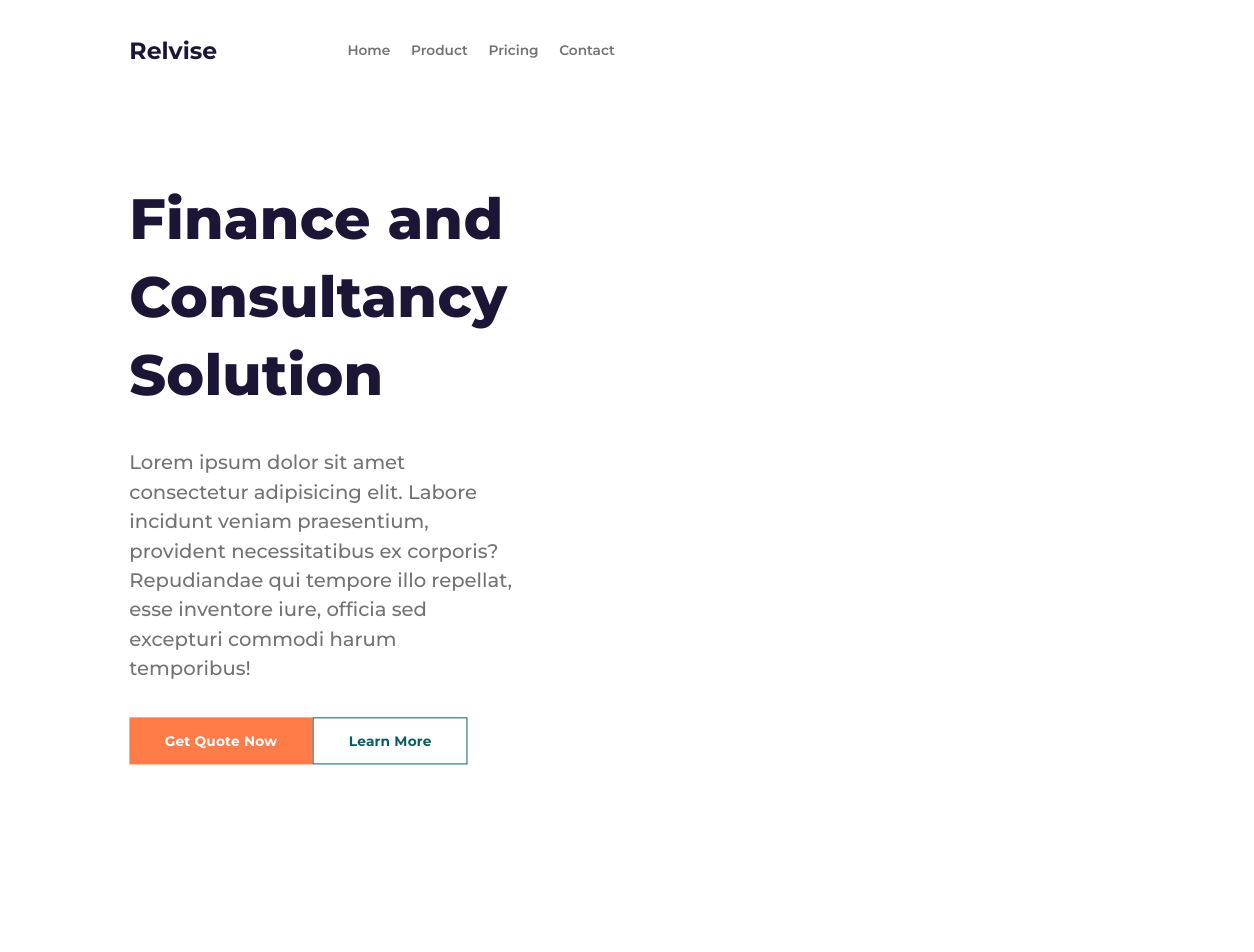
Repository: usalokiN/simple-project
Page: index.html
An editor plug-in stored every save of this project. The page is shown before and after the next save, followed by the edit.
The browser window is 1280 px wide. The pictures show the whole page, at 98% of full size.

Above is the page before, as saved 2022-01-16 17:19:50.

### index.html
<!DOCTYPE html>
<html lang="en">

<head>
    <meta charset="UTF-8">
    <meta http-equiv="X-UA-Compatible" content="IE=edge">
    <meta name="viewport" content="width=device-width, initial-scale=1.0">
    <link rel="stylesheet" href="https://fonts.googleapis.com/css?family=Montserrat:regular,500,600,700,800&display=swap">
    <link rel="stylesheet" href="css/style.css">
    <meta author="NikoDyachenko">
    <title>Simple project</title>


</head>

<body>
    <div class="wrapper">
        <header class="header">
            <div class="header__container _container">
                <a href="" class="header__logo">
                    Relvise
                </a>
                <nav class="header__menu menu">
                    <ul class="menu__list">
                        <li class="menu__item">
                            <a href="" class="menu__link">Home</a>
                        </li>
                        <li class="menu__item">
                            <a href="" class="menu__link">Product</a>
                        </li>
                        <li class="menu__item">
                            <a href="" class="menu__link">Pricing</a>
                        </li>
                        <li class="menu__item">
                            <a href="" class="menu__link">Contact</a>
                        </li>
                    </ul>
                </nav>
            </div>
    </div>
    </header>
    <main class="page">
        <div class="page__main-block main-block">
            <div class="main-block_containter _container">
                <div class="main-block__body">
                    <h1 class="main-block__title">Finance and Consultancy Solution</h1>
                    <div class="main-block__text">Lorem ipsum dolor sit amet consectetur adipisicing elit. Labore incidunt veniam praesentium, provident necessitatibus ex corporis? Repudiandae qui tempore illo repellat, esse inventore iure, officia sed excepturi commodi harum temporibus!

                    </div>
                    <div class="main-block__buttons">
                        <a href="" class="main-block__button main-block__button_orange">Get Quote Now</a>
                        <a href="" class="main-block__button main-block__button_border">Learn More</a>

                    </div>
                </div>
            </div>
        </div>
        <div class="main-block__image">
            <!-- <img src="" alt="cover"> -->
        </div>
    </main>
    <footer class="footer "></footer>
    </div>
</body>

</html>

### css/style.css
        *,
         ::before,
         ::after {
            padding: 0;
            margin: 0;
            bottom: 0;
            box-sizing: border-box;
        }

        a {
            text-decoration: none;
        }

        ul,
        ol,
        li {
            list-style: none;
        }

        img {
            vertical-align: top;
        }

        h1,
        h2,
        h3,
        h4,
        h5,
        h6 {
            font-weight: inherit;
            font-style: inherit;
        }

        html,
        body {
            height: 100%;
            line-height: 1;
            font-size: 14px;
            font-weight: 500;
            color: rgb(28, 21, 54);
            font-family: Montserrat;
        }

        .wrapper {
            /* max-height: 100%; */
            overflow: hidden;
        }
        /* ================================================================================== */

        ._container {
            max-width: 1046px;
            margin: 0px auto;
            padding: 0 15px;
        }

        ._ibg {
            position: relative;
        }

        .ibg img {
            position: absolute;
            width: 100%;
            height: 100%;
            top: 0;
            left: 0;
            object-fit: cover;
        }
        /* ----------------------------------------HEADER------------------------------------------------------- */

        .header {
            position: absolute;
            width: 100%;
            left: 0;
            top: 0;
            z-index: 50;
        }

        .header__container {
            display: flex;
            min-height: 104px;
            align-items: center;
        }

        @media (max-width: 479px) {
            .header__container {
                min-height: 85px;
            }
        }

        ._container {}

        .header__logo {
            font-size: 24px;
            font-weight: 700;
            color: inherit;
        }

        .header__menu {
            margin: 0 0 0 133px;
        }

        @media (max-width: 992px) {
            .header__menu {
                margin: 0 0 0 80px;
            }
        }

        @media (max-width: 762px) {
            .header__menu {
                margin: 0 0 0 40px;
            }
        }

        @media (max-width: 479px) {
            .header__menu {
                margin: 0 0 0 20px;
            }
        }

        .menu {
            padding: 5px 0;
        }

        .menu__list {
            display: flex;
            flex-wrap: wrap;
        }

        .menu__item {}

        .menu__item:not(:last-child) {
            margin: 0 21px 0 0px;
            /* Отступы у каждого кроме последнего элемента */
        }

        .menu__link {
            color: #737373;
            font-weight: 600;
            line-height: calc(24/14 * 100%);
            /*171% - процет отступа. Формула расчета при 14px шрифта*/
        }

        @media (max-width: 479) {
            .menu__link {
                font-size: 18px;
            }
        }
        /* MAIN */

        .page {
            flex: 1 1 auto;
        }
        /* FOOTER */

        .footer {}
        /* MAIN-BLOCK */

        .page__main-block {}

        .main-block {
            position: relative;
            ;
        }

        .main-block_containter {}

        ._container {}

        .main-block__body {
            padding: 184px 0px 191px 0px;
            position: relative;
            z-index: 2;
            max-width: 400px;
        }

        .main-block__body>*:not(:last-child) {
            margin: 0 0 35px 0;
        }

        .main-block__title {
            font-size: 58px;
            line-height: 137%;
            font-weight: 800;
            letter-spacing: 0.2px;
        }

        @media (max-width:497px) {
            .main-block__title {
                font-size: 42px;
            }
        }

        .main-block__text {
            color: #737373;
            font-size: 20px;
            line-height: 1.5;
        }

        .main-block__buttons {
            display: inline-flex;
        }

        .main-block__button {
            background-repeat: 37px;
            display: flex;
            min-height: 48px;
            justify-content: center;
            align-items: center;
            letter-spacing: 0.2px;
            font-weight: 700;
            line-height: 200%;
            padding: 5px 36px;
            text-align: center;
        }

        @media(m) @media (max-width:479px) {
            .main-block__button:not(:last-child) {
                margin-right: 10px;
            }
        }

        .main-block__button_orange {
            background: #ff7b47;
            color: #fff;
        }

        .main-block__button_border {
            color: #0d5c63;
            border: 1px solid #0d5c63;
        }

        .main-block__image {
            position: absolute;
            width: 100%;
            height: 100%;
            top: 0;
            left: 0;
        }

        @media (max-width:1300px) {
            .main-block__image img {
                object-fit: right;
            }
        }

        @media (max-width:992px) {
            .main-block__image {
                opacity: 0.5;
            }
        }

After the next save:
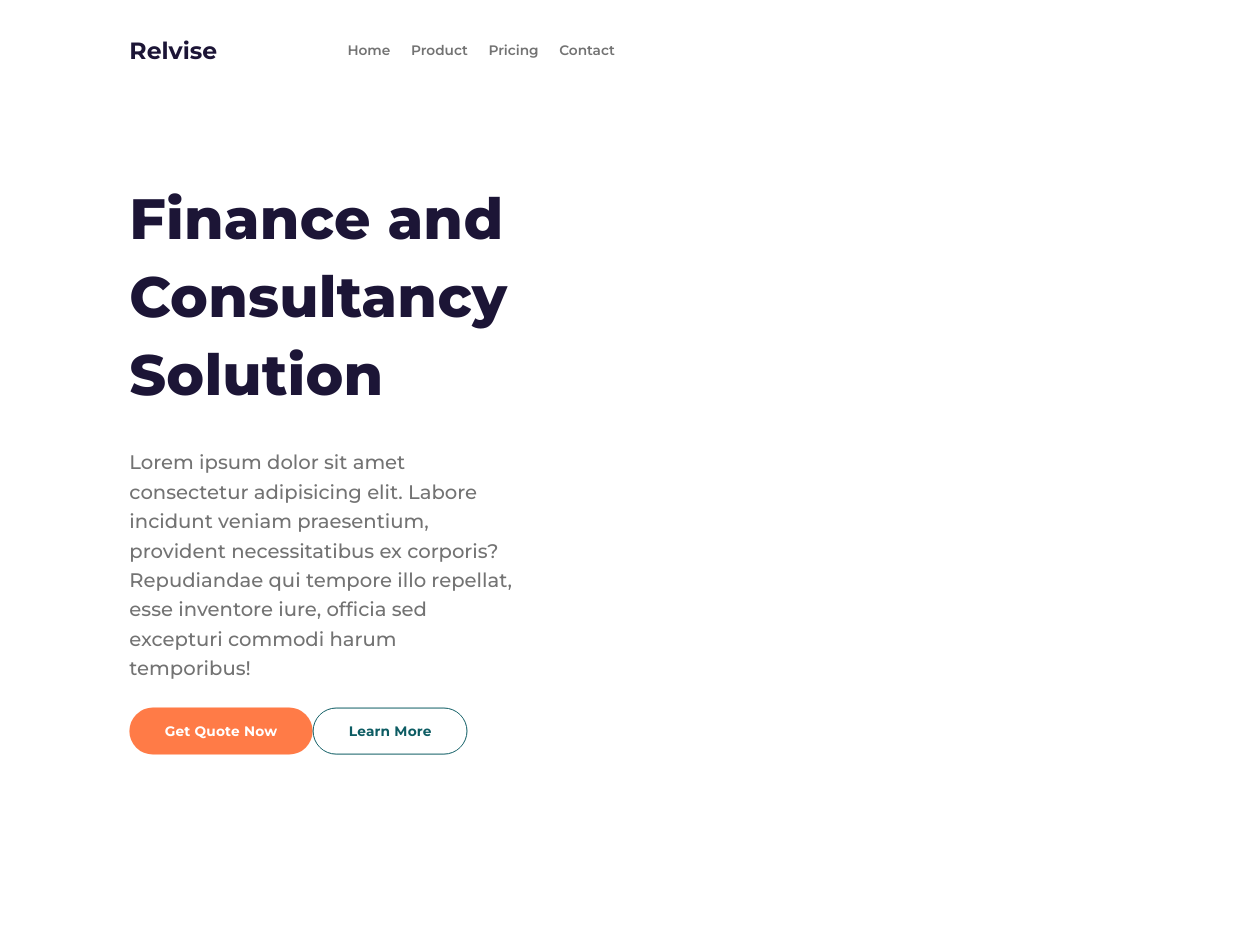
Saved 59 s later.
--- a/css/style.css
+++ b/css/style.css
@@ -198,10 +198,12 @@
 
         .main-block__buttons {
             display: inline-flex;
+            flex-wrap: wrap;
+            margin: -10px 0;
         }
 
         .main-block__button {
-            background-repeat: 37px;
+            border-radius: 37px;
             display: flex;
             min-height: 48px;
             justify-content: center;
